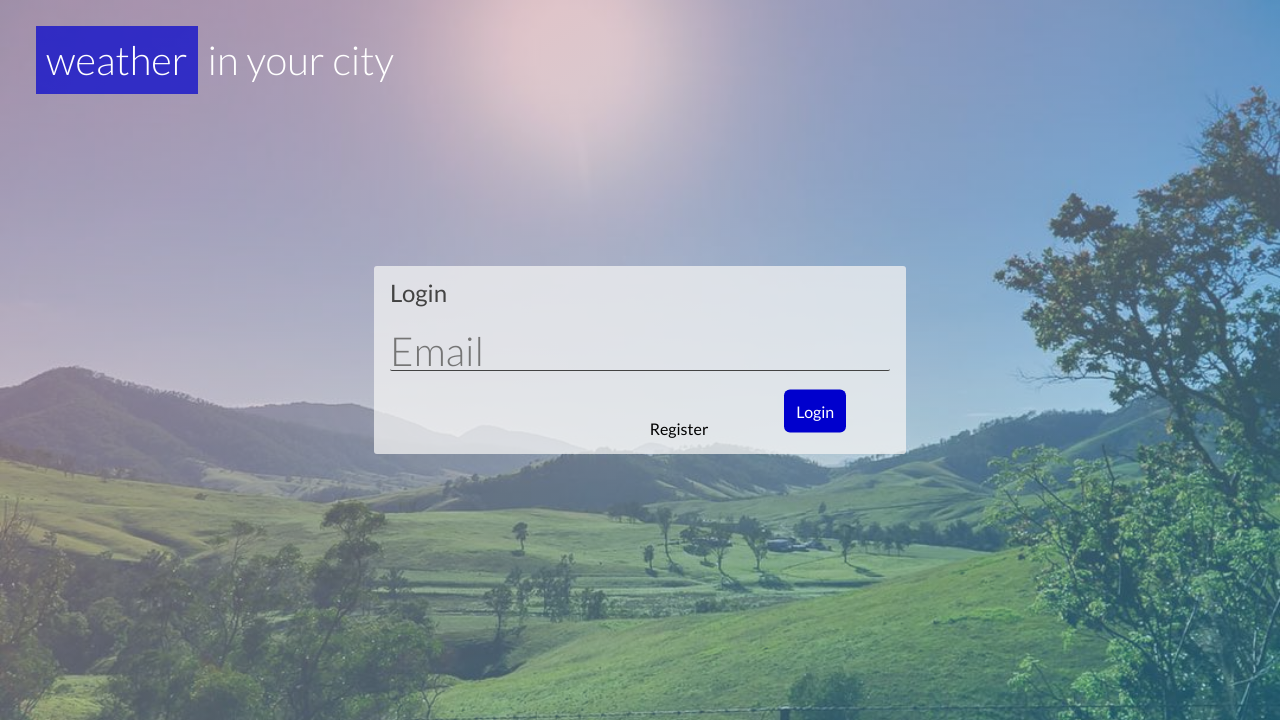
Repository: nosplashurinal/weather-app
Page: /, after clicking the first element matching `button.next`
These files come from the project's save history. The page is drawn as it stood at one moment and after the next save; the edit follows.
The browser window is 1280 px wide. The pictures show the whole page.
The project was rebuilt for these pictures with package versions that can differ from the ones it lists, and the page was loaded fresh each time. Also part of the build but not shown: src/components/RecentSearches.vue, src/components/Search.vue, src/components/WeatherDataBlock.vue.

Above is the page before, as saved 2018-12-31 17:10:49.

After the next save:
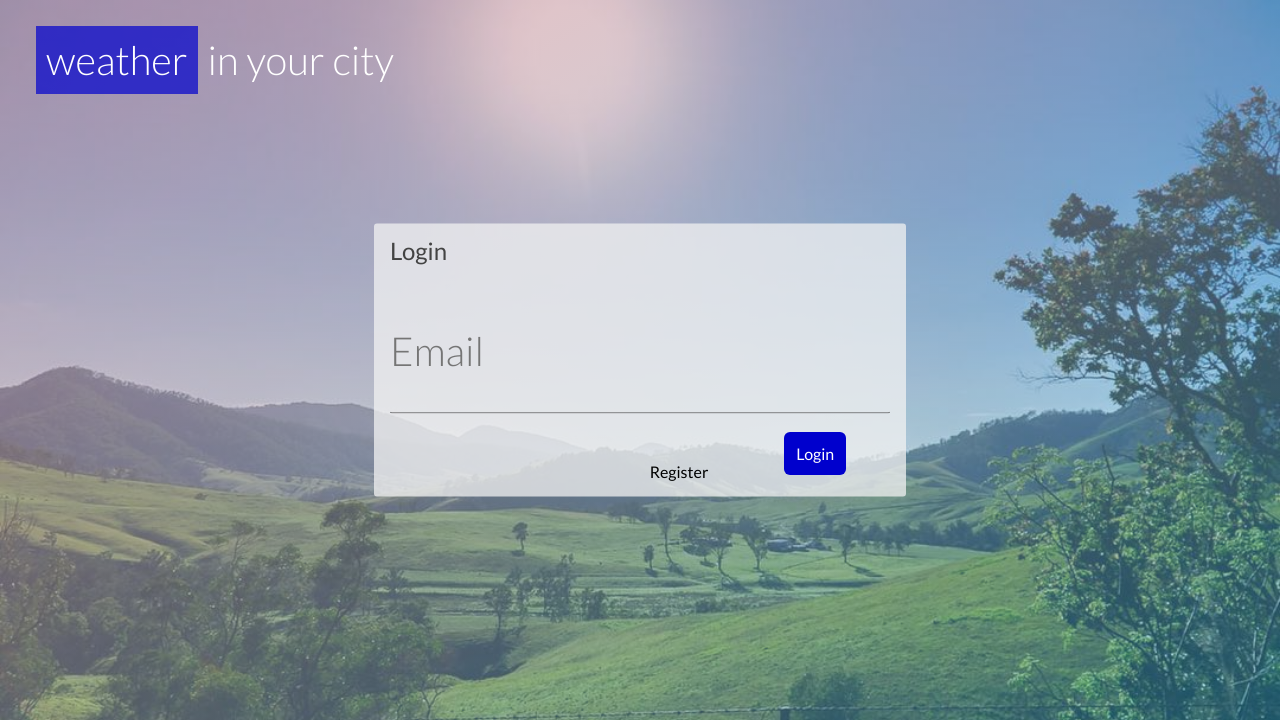
Saved 17 s later.
--- a/src/styles/login.scss
+++ b/src/styles/login.scss
@@ -29,10 +29,11 @@
       display: block;
       border-bottom: 1px solid #434343;
       font-size: 2.5em;
+      line-height: 2.5em;
       font-weight: 300;
       margin: 0;
       width: 500px;
-      height: 40px;
+      height: auto;
       padding: 0;
       padding: 0.3em 0;
       margin-bottom: 1em;
